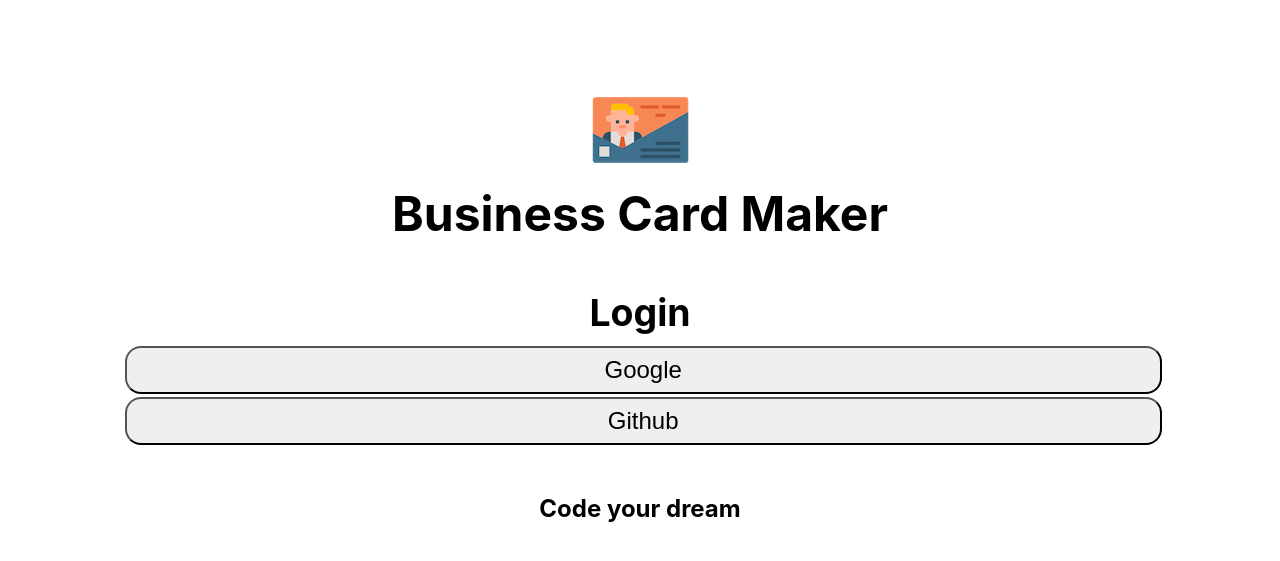
Repository: gomgomigom/firebase_practice_card_maker
Page: /
These files come from the project's save history. The page is drawn as it stood at one moment and after the next save; the edit follows.
The browser window is 1280 px wide. The pictures show the whole page.
The project was rebuilt for these pictures with package versions that can differ from the ones it lists, and the page was loaded fresh each time. Some packages were replaced by stand-ins written for this rebuild. Settings that the repository does not hold, such as keys and server addresses, were given made-up values. Also part of the build but not shown: src/app.module.css.

Above is the page before, as saved 2022-01-21 14:27:53.

### public/index.html
<!DOCTYPE html>
<html lang="en">
  <head>
    <meta charset="utf-8" />
    <link rel="icon" href="./images/logo.png" />
    <meta name="viewport" content="width=device-width, initial-scale=1" />
    <meta name="theme-color" content="#000000" />
    <meta
      name="description"
      content="Web site created using create-react-app"
    />
    <title>Card-Maker</title>
  </head>
  <body>
    <noscript>You need to enable JavaScript to run this app.</noscript>
    <div id="root"></div>
  </body>
</html>

### src/index.js
import React from 'react';
import ReactDOM from 'react-dom';
import './index.module.css';
import App from './app';
import AuthService from './service/auth_service';

const authService = new AuthService();
ReactDOM.render(
  <React.StrictMode>
    <App authService={authService} />
  </React.StrictMode>,
  document.getElementById('root')
);

### src/app.js
import styles from './app.module.css';
import Login from './components/login/login';

function App({ authService }) {
  return (
    <h1>
      <Login authService={authService} />
    </h1>
  );
}

export default App;

### src/service/auth_service.js
import firebase from 'firebase';
import firebaseApp from './firebase';

class AuthService {
  login(providerName) {
    const authProvider = new firebase.auth[`${providerName}AuthProvider`]();
    return firebaseApp.auth().signInWithPopup(authProvider);
  }
}
export default AuthService;

### src/components/login/login.jsx
import React from 'react';
import Footer from '../footer/footer';
import Header from '../header/header';
import styles from './login.module.css';

const Login = ({ authService }) => {
  const onLogin = (event) => {
    authService //
      .login(event.currentTarget.textContent)
      .then(console.log);
  };

  return (
    <section className={styles.login}>
      <Header />
      <section className={styles.loginList}>
        <h1 className={styles.title}>Login</h1>
        <ul>
          <li>
            <button className={styles.button} onClick={onLogin}>
              Google
            </button>
          </li>
          <li>
            <button className={styles.button} onClick={onLogin}>
              Github
            </button>
          </li>
        </ul>
      </section>
      <Footer />
    </section>
  );
};

export default Login;

### src/service/firebase.js
import firebase from 'firebase';

const firebaseConfig = {
  apiKey: process.env.REACT_APP_FIREBASE_API_KEY,
  authDomain: process.env.REACT_APP_FIREBASE_AUTH_DOMAIN,
  projectId: process.env.REACT_APP_FIREBASE_PROJECT_ID,
  storageBucket: process.env.REACT_APP_FIREBASE_STORAGE_BUCKET,
};

const firebaseApp = firebase.initializeApp(firebaseConfig);

export default firebaseApp;

### src/components/footer/footer.jsx
import React from 'react';
import styles from './footer.module.css';

const Footer = (props) => {
  return (
    <footer className={styles.footer}>
      <h1 className={styles.title}>Code your dream</h1>
    </footer>
  );
};
export default Footer;

### src/components/header/header.jsx
import React from 'react';
import styles from './header.module.css';

const Header = ({ onLogout }) => {
  return (
    <header className={styles.header}>
      {onLogout && (
        <button className={styles.logout} onClick={onLogout}>
          Logout
        </button>
      )}
      <img className={styles.logo} src='/images/logo.png' alt='logo' />
      <h1 className={styles.title}>Business Card Maker</h1>
    </header>
  );
};

export default Header;

### src/components/login/login.module.css
@value makerGrey from '../../common/colors.css';
@value makerWhite from '../../common/colors.css';
@value makerGreen from '../../common/colors.css';

.login {
  display: flex;
  flex-direction: column;
  align-items: center;
  justify-content: center;
  background-color: makerGrey;
  padding: 4rem;
}

.loginList {
  width: 100%;
  height: 14rem;
  flex-direction: column;
  display: flex;
  align-items: center;
  justify-content: center;
  background-color: makerWhite;
}

li {
  list-style: none;
  display: block;
}

ul {
  width: 90%;
  margin: 0;
  padding: 0;
}

.title {
  margin: 0.5rem;
}

.button {
  display: block;
  border: 2px solid makerGreen;
  border-radius: 1rem;
  width: 100%;
  font-size: 1.5rem;
  padding: 0.5rem;
  margin: 0.2rem;
  cursor: pointer;
}

### src/components/footer/footer.module.css
@value makerGreen from '../../common/colors.css';
@value makerWhite from '../../common/colors.css';

.footer {
  height: 4rem;
  width: 100%;
  display: flex;
  align-items: center;
  justify-content: center;
  background-color: makerGreen;
}

.title {
  font-size: 1.5rem;
  color: makerWhite;
}

### src/components/header/header.module.css
@value makerBlack from '../../common/colors.css';
@value makerGreen from '../../common/colors.css';
@value makerWhite from '../../common/colors.css';
@value makerWheat from '../../common/colors.css';

.header {
  width: 100%;
  display: flex;
  flex-wrap: wrap;
  flex-direction: column;
  justify-content: center;
  align-items: center;
  font-size: 2rem;
  background-color: makerGreen;
  position: relative;
}

.logo {
  margin: 0.6rem;
}

.title {
  color: makerWhite;
  margin: 0.6rem;
}

.logout {
  position: absolute;
  top: 1rem;
  right: 3rem;
  cursor: pointer;
  padding: 0.5rem;
  border-radius: 20%;
  background-color: makerBlack;
  color: makerWhite;
  outline: 0;
  border: 0;
}

Loaded but not shown: src/index.module.css (common file)

After the next save:
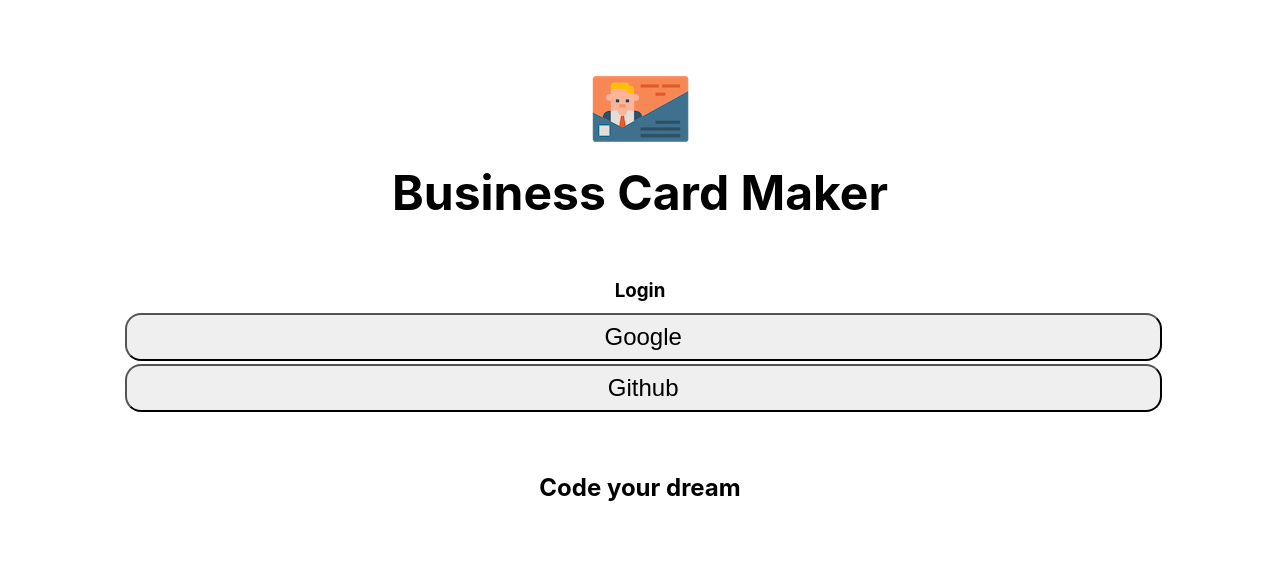
Saved 23 s later.
--- a/src/app.js
+++ b/src/app.js
@@ -3,9 +3,9 @@ import Login from './components/login/login';
 
 function App({ authService }) {
   return (
-    <h1>
+    <div className={styles.container}>
       <Login authService={authService} />
-    </h1>
+    </div>
   );
 }
 
